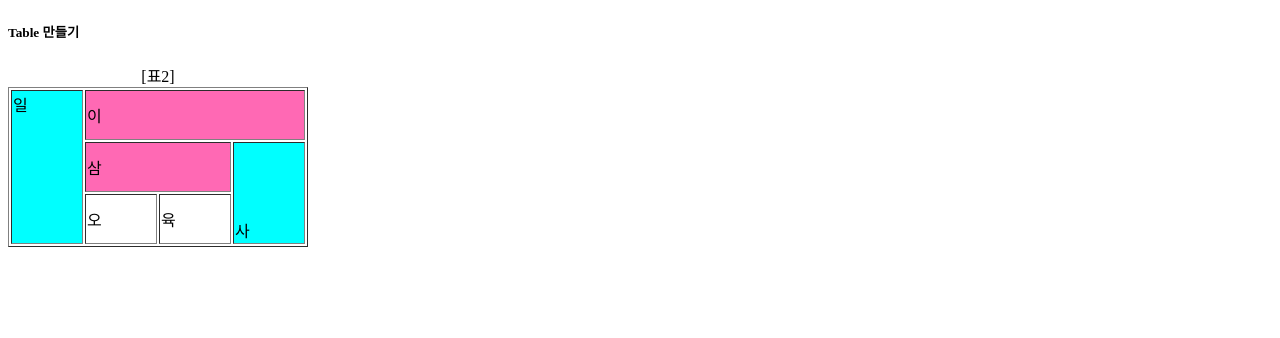
Repository: kimyoda/HomePratice
Page: Javawork/javascript/src/main/webapp/pratice/Ex1_test.html
These files come from the project's save history. The page is drawn as it stood at one moment and after the next save; the edit follows.
The browser window is 1280 px wide. The pictures show the whole page.
Some web fonts or font styles are not loaded; a fallback is used.

Above is the page before, as saved 2023-09-26 16:29:52.

### Javawork/javascript/src/main/webapp/pratice/Ex1_test.html
<!DOCTYPE html>
<html>
<head>
<meta charset="UTF-8">
<title>Insert title here</title>
<link href="https://fonts.googleapis.com/css2?family=Gamja+Flower&family=Jua&family=Lobster&family=Nanum+Pen+Script&family=Permanent+Marker&family=Single+Day&display=swap" rel="stylesheet">
    <style>
        body * {
            font-family: 'Jua';
        }
        table tr{
			height: 50px;
		}
    </style>
<script>
   window.onload = function(){

   }
</script>
</head>
<body>
	<h5>Table 만들기</h5>
   <table border="1" style="width: 300px;" heigh ="100">
   <caption>[표2]</caption>
   <tr>
	   <td rowspan="3" valign = "top" bgcolor="cyan">일</td>
	   <td colspan="3"  bgcolor="hotpink">이</td>
   </tr>
   <tr>
	   <td colspan = "2" bgcolor = "hotpink">삼</td>
	   <td rowspan = "3" bgcolor = "cyan" valign ="bottom">사</td>
   </tr>
   <tr>
	   <td>오</td><td>육</td>
   </tr>
   </table>
</html>

After the next save:
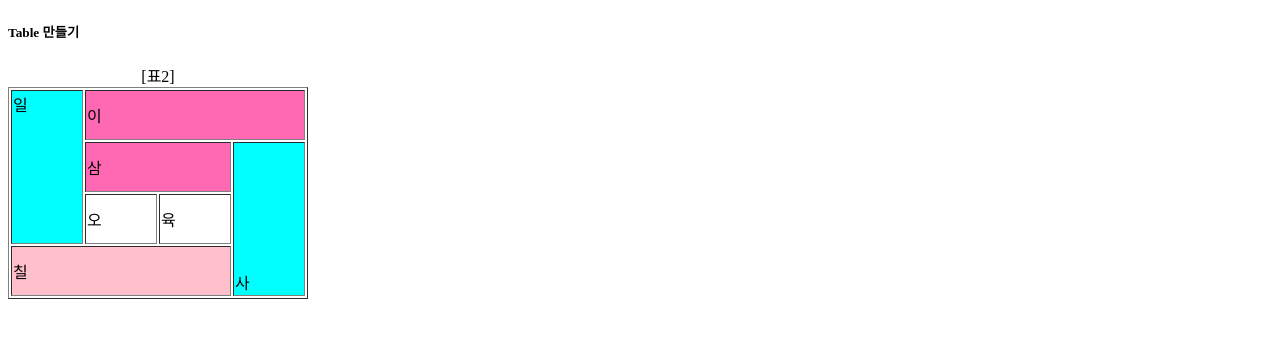
Saved 41 s later.
--- a/Javawork/javascript/src/main/webapp/pratice/Ex1_test.html
+++ b/Javawork/javascript/src/main/webapp/pratice/Ex1_test.html
@@ -33,5 +33,6 @@
    <tr>
 	   <td>오</td><td>육</td>
    </tr>
+   <td colspan="3" bgcolor="pink">칠</td>
    </table>
 </html>
